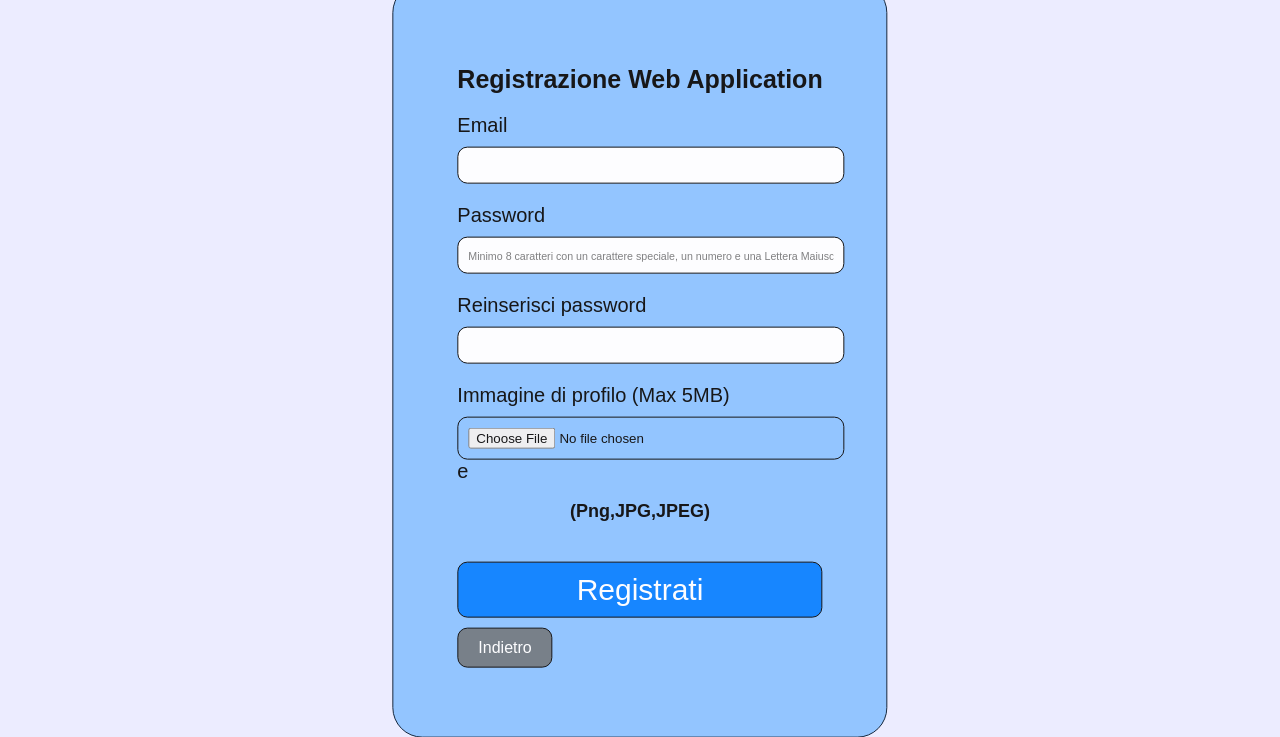
Repository: GabrielCellammare/WebApplication-SA-CyberSecurity
Page: http://localhost/WebProject-CellammareGabriel_ApplicationSecurity_/userNotLoggedRegistration.jsp
The author's editor kept a copy of each file at every save. The page is drawn from the files as they stood at one save, then again after the next save.
The browser window is 1280 px wide. The pictures show the whole page.
The page is served by Tomcat 9. Nobody is signed in. The application's start-up code is not run. Other server files are loaded and not shown.

Above is the page before, as saved 2024-03-10 16:58:38.

### WebProject-CellammareGabriel(ApplicationSecurity)/WebContent/userNotLoggedRegistration.jsp
<%@ page language="java" contentType="text/html; charset=ISO-8859-1"
    pageEncoding="ISO-8859-1"%>
<!DOCTYPE html>
<html>
    <head>
        <title>Registrazione Web Application Cellammare Gabriel</title>
         <style>
         	<%@include file="/WEB-INF/css/styleRegistration.css"%>
         </style>
    </head>
    <body>
        <div class="container">
            <h1>Registrazione Web Application</h1>
            <form method="post" action="RegistrationServlet" enctype="multipart/form-data">
                <div class="field">
                    <label for="email">Email</label>
                    <input type="email" name="email" id="email" required>
                </div>
                <div class="field">
                    <label for="password">Password</label>
                    <input type="password" name="password" id="password"
                    placeholder="Minimo 8 caratteri con un carattere speciale, un numero e una Lettera Maiuscola" required>
                </div>
                <div class="field">
                    <label for="retype-password">Reinserisci password</label>
                    <input type="password" name="retype-password" id="retype-password" required>
                </div>
                <div class="field">
                    <label for="image">Immagine di profilo (Max 5MB)</label>
                    <input type="file" name="profileImage" id="profileImage" required>e
                    <p>(Png,JPG,JPEG)</p>
                </div>
                <input type="submit" value="Registrati">
                <a href="userNotLoggedIndex.jsp" class="btn">Indietro</a>
            </form>

        </div>
    </body>
</html>

### WebProject-CellammareGabriel(ApplicationSecurity)/WebContent/WEB-INF/css/styleRegistration.css
@charset "ISO-8859-1";

body {
	font-family: sans-serif;
	background-color: #ececff;
}

#password::placeholder {
	font-size: 80%;
}
p {
	text-align: center;
	font-size: 18px;
	font-weight: bold;
	margin-bottom: 20px;
}

.btn {
	display: inline-block;
	padding: 10px 20px;
	margin-top: 10px;
	margin-bottom: 5px;
	background-color: #6c757d;
	color: #fff;
	border: 1px solid black;
	border-radius: 10px;
	cursor: pointer;
	text-decoration: none;
}

.container {
	margin: 0 auto;
	max-width: 80vw;
	padding: 5vw;
	background-color: #8ac1ff;
	opacity: 0.9;
	border-radius: 30px;
	border: 1px solid #001328;
	position: absolute;
	top: 50%;
	left: 50%;
	transform: translate(-50%, -50%);
}

h1 {
	text-align: center;
	font-size: 25px;
	font-weight: bold;
	margin-bottom: 20px;
}

.field {
	margin-bottom: 20px;
	font-size: 20px;
}

label {
	display: block;
	margin-bottom: 10px;
}

input {
	width: 100%;
	padding: 10px;
	border: 1px solid black;
	border-radius: 10px;
}

input[type="submit"] {
	margin-top: 20px;
	background-color: #007bff;
	color: #fff;
	border: 1px solid black;
	border-radius: 10px;
	font-size: 30px;
	cursor: pointer;
}

.image {
	width: 200px;
	height: 200px;
	margin-bottom: 20px;
}

After the next save:
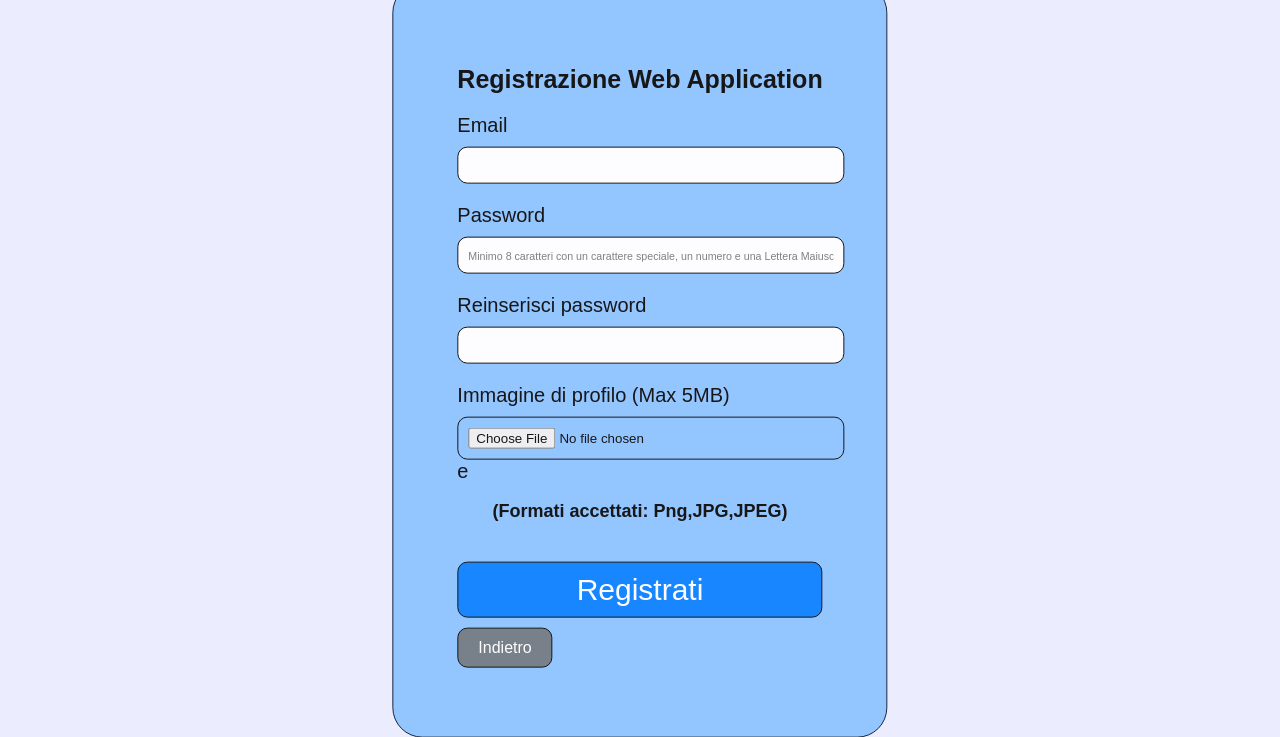
Saved 16 s later.
--- a/WebProject-CellammareGabriel(ApplicationSecurity)/WebContent/userNotLoggedRegistration.jsp
+++ b/WebProject-CellammareGabriel(ApplicationSecurity)/WebContent/userNotLoggedRegistration.jsp
@@ -28,7 +28,7 @@
                 <div class="field">
                     <label for="image">Immagine di profilo (Max 5MB)</label>
                     <input type="file" name="profileImage" id="profileImage" required>e
-                    <p>(Png,JPG,JPEG)</p>
+                    <p>(Formati accettati: Png,JPG,JPEG)</p>
                 </div>
                 <input type="submit" value="Registrati">
                 <a href="userNotLoggedIndex.jsp" class="btn">Indietro</a>
